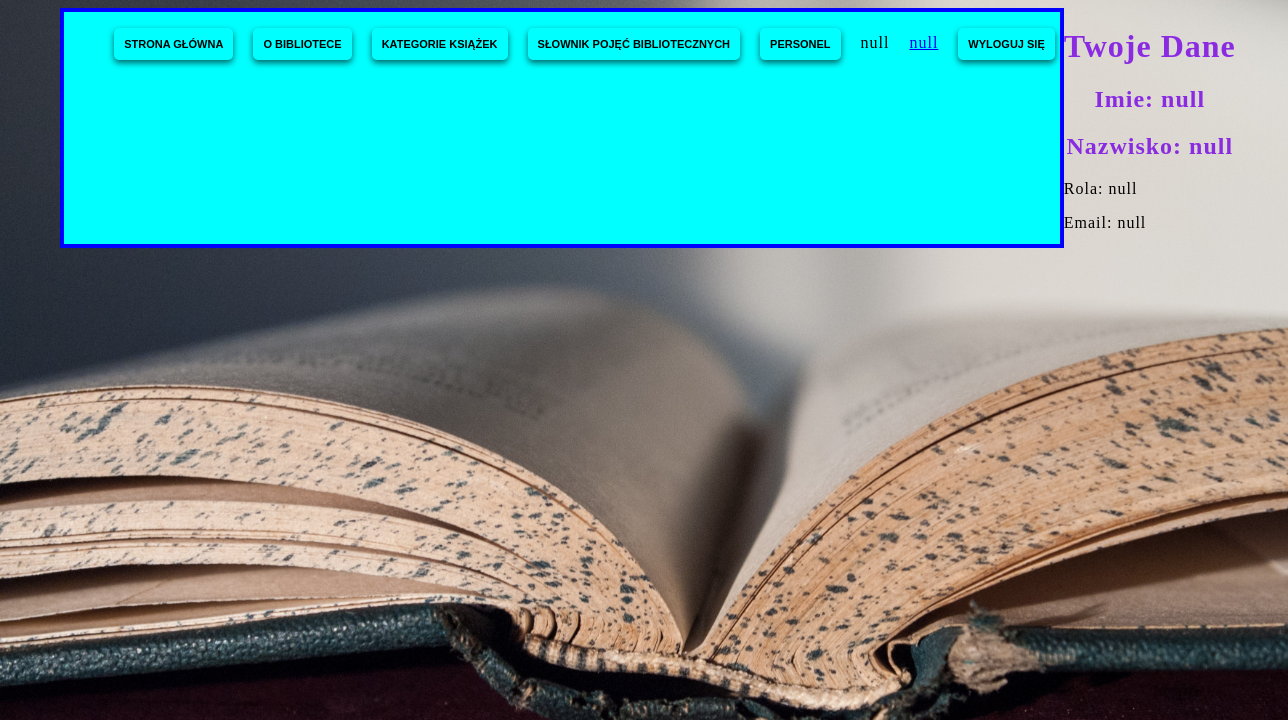
Repository: Dominik098/projekt
Page: http://localhost/biblioteka/info_o_koncie.jsp
The author's editor kept a copy of each file at every save. The page is drawn from the files as they stood at one save, then again after the next save.
The browser window is 1280 px wide. The page is 1288 px wide, then 1280 px, so the pictures cover 1288 px, including what lies to the right of the window. The pictures show the whole page.
The page is served by Tomcat 9. Other server files are loaded and not shown.

Above is the page before, as saved 2023-06-21 07:54:24.

### java projekt/biblioteka/src/main/webapp/info_o_koncie.jsp
 <%@ page language="java" contentType="text/html; charset=UTF-8"%>
<!DOCTYPE html>
<html>
<head>
  <title>Informacje o użytkowniku</title>
  <link rel="stylesheet" type="text/css" href="info_uz.css">
</head>
<body>

  <header>
    <nav>
      <ul>
        <li class="znacznik"><a href="A_strona-gl.jsp"><button class="pobierz">Strona główna</button></a></li>
        <li class="znacznik"><a href="B_O bibiotece.jsp"><button class="pobierz">O bibliotece</button></a></li>
        <li class="znacznik"><a href="C_Kategorie-książek.jsp"><button class="pobierz">Kategorie książek</button></a></li>
        <!--   <li><a href="D_Wypożyczenia.jsp"><button class="pobierz" >Wypożyczane </a></li>-->
        <li class="znacznik"><a href="E_Słownik pojęć.jsp"><button class="pobierz">Słownik pojęć bibliotecznych</button></a></li>
        <li class="znacznik"><a href="F_personel.jsp"><button class="pobierz">Personel</button></a></li>
        <!-- <li class="znacznik"><a href="G_login.jsp">Logowanie</a></li>
        <li class="znacznik"><a href="H_rejestracja.jsp">Rejestracja</a></li>-->
        <li> <a><%=session.getAttribute("administrator") %></a></li>
        <li><a href="info_o_koncie.jsp"><i class="fa fa-user"></i><%=session.getAttribute("email-login") %></a></li>
        <li><a href="#" onclick="confirmLogout()"><button class="pobierz">Wyloguj się</button></a></li>
      </ul>
    </nav>
  </header>




  <div class="container">
    <h1>Twoje Dane</h1>
    <div class="user-info">
      <div class="user-details">
        <h2>Imie: <%=session.getAttribute("imie") %></h2>
        <h2>Nazwisko: <%=session.getAttribute("nazwisko") %></h2>
        <p>Rola: <%=session.getAttribute("administrator") %></p>
        <p>Email: <%=session.getAttribute("email") %></p>


      </div>
    </div>
  </div>
</body>
</html>

### java projekt/biblioteka/src/main/webapp/info_uz.css
body {
    width: 100%;
    height: 100%;
    display: flex;
    justify-content: center;
    letter-spacing: 1px;
    background-color: #0c1022;
    background-image: url(zdj.jpg);
    background-size: 1400px;
}

header {
    border: 4px;
    background-color: aqua;
    border: 4px solid blue;
    padding-bottom: 2px;
}


.nav {
    text-align: center;
    padding: 10px;

}

ul li {
    display: inline;
    margin-left: 5px;
    padding: 5px;


}

ul {
    text-align: center;
}


main {
    padding: 3px;
    background-color: blueviolet;
}

h1 {
    text-align: center;
    color: blueviolet;

    margin-top: 20px;
}

h2 {
    text-align: center;
    color: blueviolet;
}


.header{
	display:flex;
}









footer {
    text-align: center;
    font-size: 15px;
    color: white;
    background-color: gray;


    bottom: 0;
    margin-top: auto;
    width: 100%;
    padding: 5px;
}




.pobierz{

  display: inline-block;
  padding: 10px 10px;
  font-size: 11px;
  font-weight: bold;
  text-align: center;
  text-transform: uppercase;
  color: black;
  background-color:  aqua;
  border: none;
  border-radius: 5px;
  box-shadow: 0 3px 6px rgba(0, 0, 0, 0.6);
  cursor: pointer;
  transition: background-color 0.3s ease;
}

.pobierz:hover {
  background-color: #0056b3;
}

After the next save:
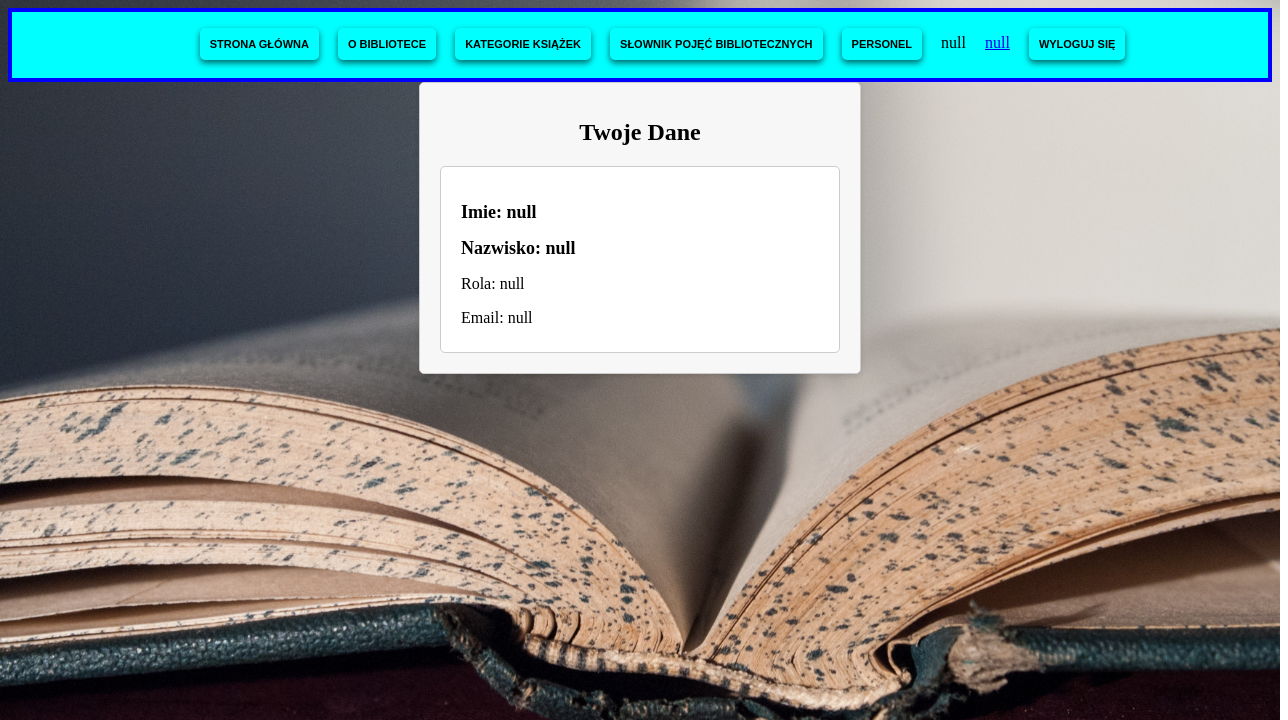
Saved 12 s later.
--- a/java projekt/biblioteka/src/main/webapp/info_uz.css
+++ b/java projekt/biblioteka/src/main/webapp/info_uz.css
@@ -1,87 +1,30 @@
 body {
-    width: 100%;
-    height: 100%;
-    display: flex;
-    justify-content: center;
-    letter-spacing: 1px;
-    background-color: #0c1022;
-    background-image: url(zdj.jpg);
-    background-size: 1400px;
+  background-image: url(zdj.jpg);
+  background-size: 1400px;
 }
 
 header {
-    border: 4px;
-    background-color: aqua;
-    border: 4px solid blue;
-    padding-bottom: 2px;
+  border: 4px;
+  background-color: aqua;
+  border: 4px solid blue;
+  padding-bottom: 2px;
 }
-
-
 .nav {
-    text-align: center;
-    padding: 10px;
+  text-align: center;
+  padding: 10px;
 
 }
-
 ul li {
-    display: inline;
-    margin-left: 5px;
-    padding: 5px;
+  display: inline;
+  margin-left: 5px;
+  padding: 5px;
 
 
 }
 
 ul {
-    text-align: center;
+  text-align: center;
 }
-
-
-main {
-    padding: 3px;
-    background-color: blueviolet;
-}
-
-h1 {
-    text-align: center;
-    color: blueviolet;
-
-    margin-top: 20px;
-}
-
-h2 {
-    text-align: center;
-    color: blueviolet;
-}
-
-
-.header{
-	display:flex;
-}
-
-
-
-
-
-
-
-
-
-footer {
-    text-align: center;
-    font-size: 15px;
-    color: white;
-    background-color: gray;
-
-
-    bottom: 0;
-    margin-top: auto;
-    width: 100%;
-    padding: 5px;
-}
-
-
-
-
 .pobierz{
 
   display: inline-block;
@@ -102,3 +45,39 @@ footer {
 .pobierz:hover {
   background-color: #0056b3;
 }
+
+.container {
+  width: 400px;
+  margin: 0 auto;
+  padding: 20px;
+  background-color: #f7f7f7;
+  border: 1px solid #ccc;
+  border-radius: 5px;
+  box-shadow: 0 2px 5px rgba(0, 0, 0, 0.1);
+}
+
+h1 {
+  text-align: center;
+  font-size: 24px;
+  margin-bottom: 20px;
+}
+
+.user-info {
+  margin-top: 20px;
+}
+
+.user-details {
+  background-color: #fff;
+  padding: 20px;
+  border: 1px solid #ccc;
+  border-radius: 5px;
+}
+
+h2 {
+  font-size: 18px;
+  margin-bottom: 10px;
+}
+
+p {
+  margin-bottom: 5px;
+}
